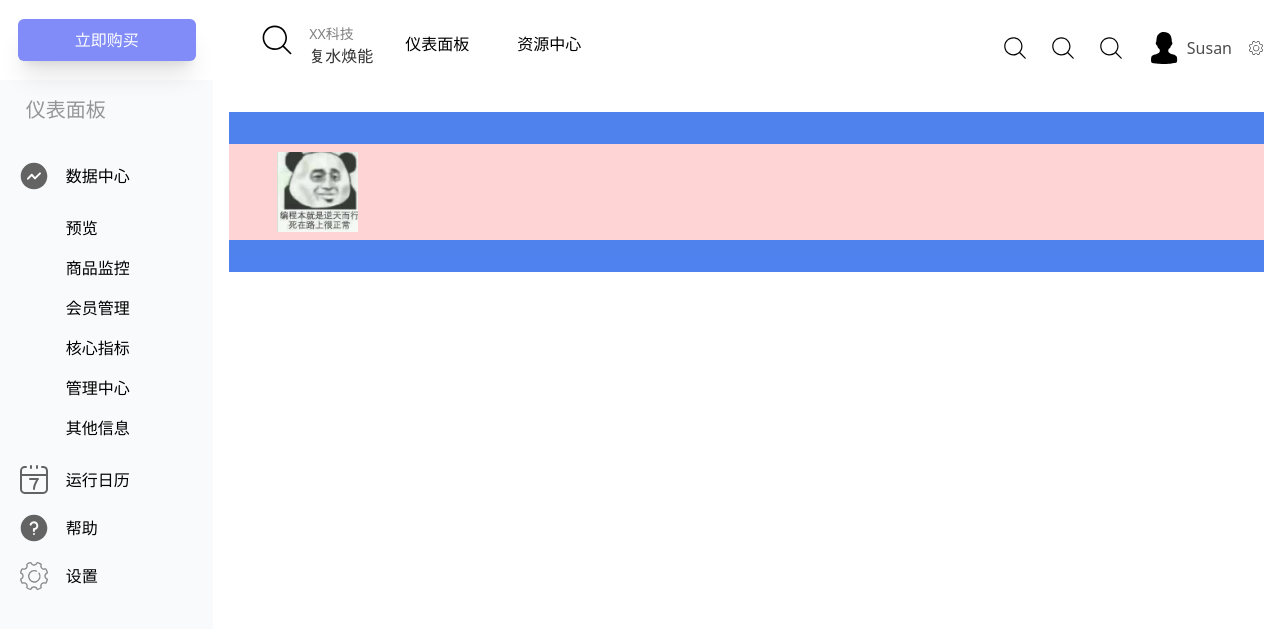
Repository: LiuRuohui/useWater
Page: /
An editor plug-in stored every save of this project. The page is shown before and after the next save, followed by the edit.
The browser window is 1280 px wide. The pictures show the whole page.
The project was rebuilt for these pictures with package versions that can differ from the ones it lists, and the page was loaded fresh each time. Also part of the build but not shown: vite.config.js.

Above is the page before, as saved 2022-04-06 23:11:01.

After the next save:
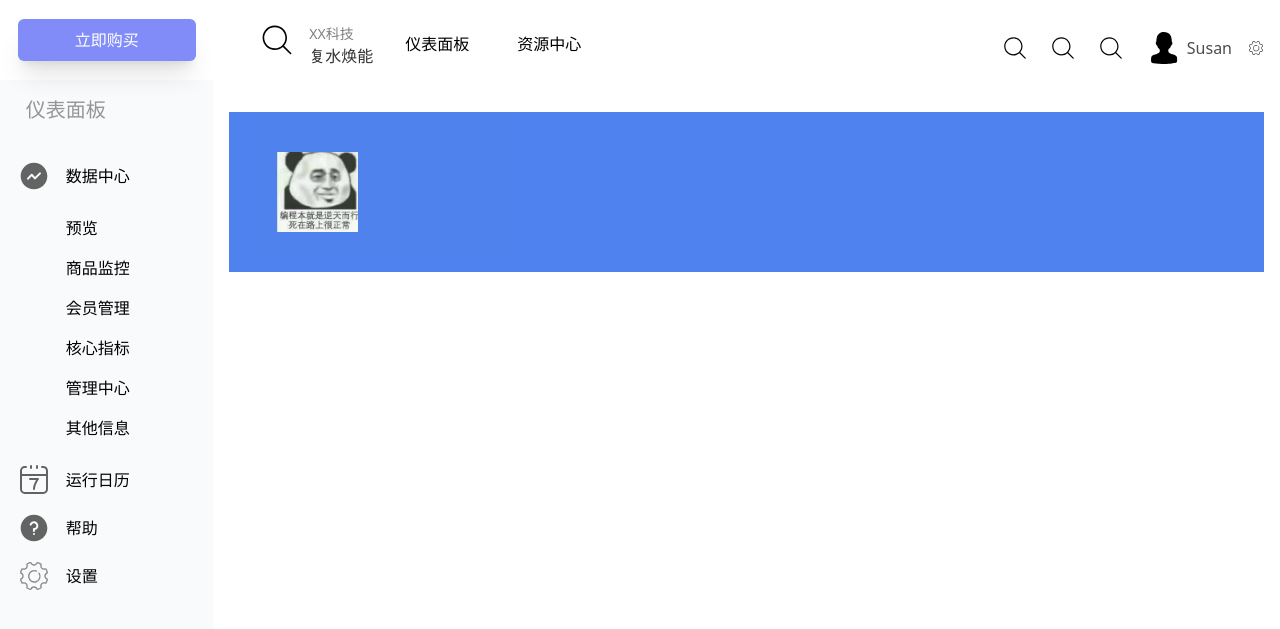
Saved 10 s later.
--- a/src/components/HelloWorld.vue
+++ b/src/components/HelloWorld.vue
@@ -63,7 +63,7 @@
           </div>
       </div>
       <div class="m-4 bg-blue-600 h-40 opacity-80">
-          <div class="flex flex-row h-24 bg-red-200 my-8">
+          <div class="flex flex-row h-24 my-8">
               <img src="../assets/测试图片.jpg" alt="" class="h-20 my-auto pl-12">
               <div class="">
 
